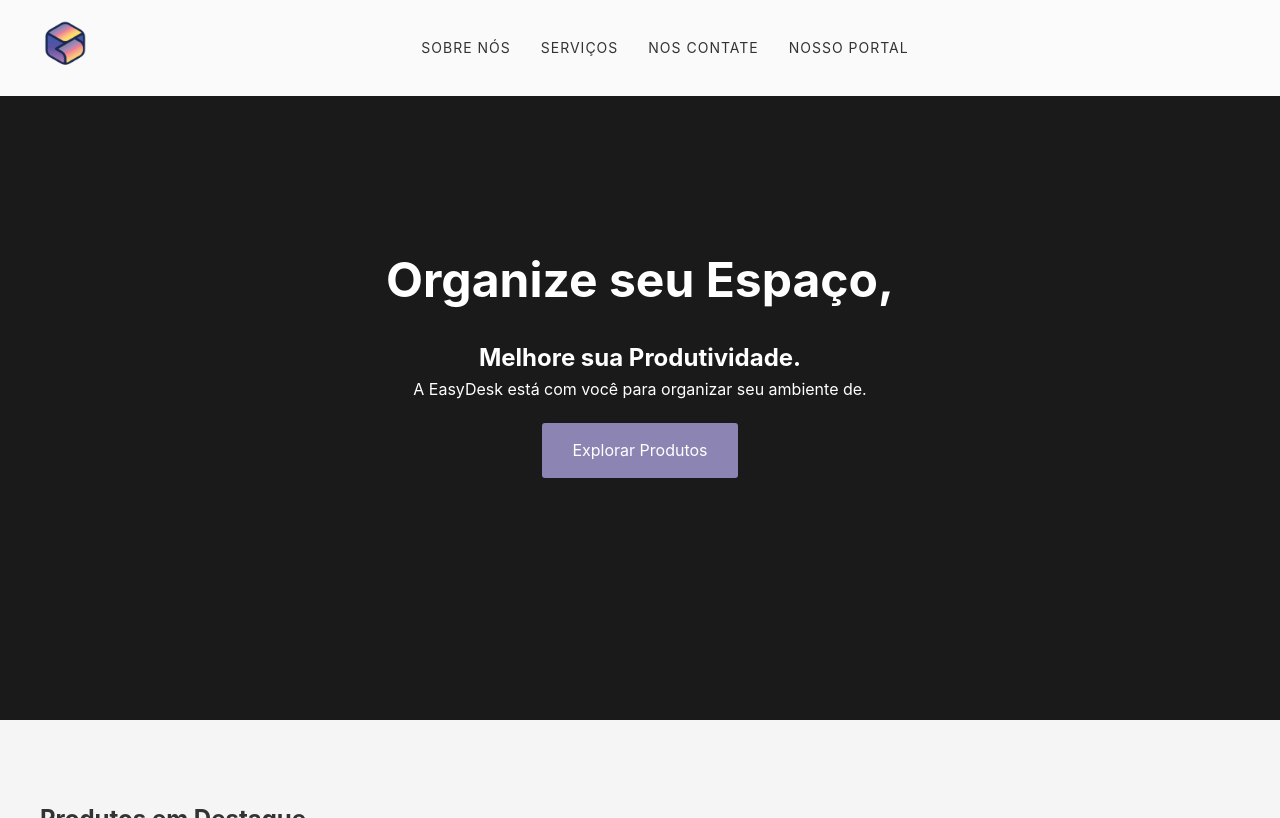
Repository: Gabrielb0rn/0EasyDesk.io
Page: index.html
These files come from the project's save history. The page is drawn as it stood at one moment and after the next save; the edit follows.
The browser window is 1280 px wide. The pictures show the part of the page from y = 0 to 818 px (the page is 1927 px tall).
A picture or video elsewhere on the page could not be fetched, so the positions and the page height are approximate.

Above is the page before, as saved 2024-10-31 15:10:54.

After the next save:
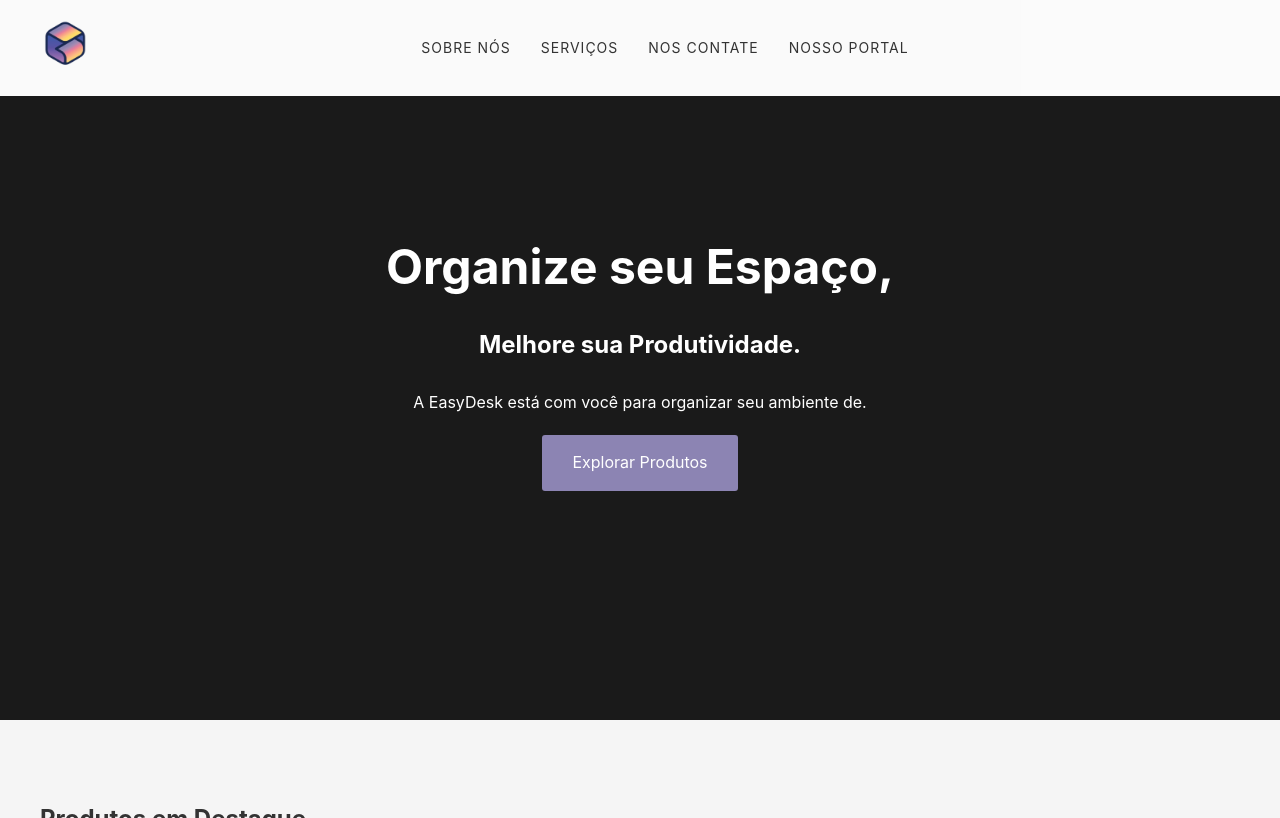
Saved 5 s later.
--- a/index.html
+++ b/index.html
@@ -30,7 +30,7 @@
     <section class="hero">
         <div class="hero-content">
             <h1>Organize seu Espaço,</h1>
-            <h2> Melhore sua Produtividade.</h2>
+            <h2> Melhore sua Produtividade.</h2><br>
             <p>A EasyDesk está com você para organizar seu ambiente de.</p>
             <a href="/produtos" class="cta-button">Explorar Produtos</a>
         </div>
